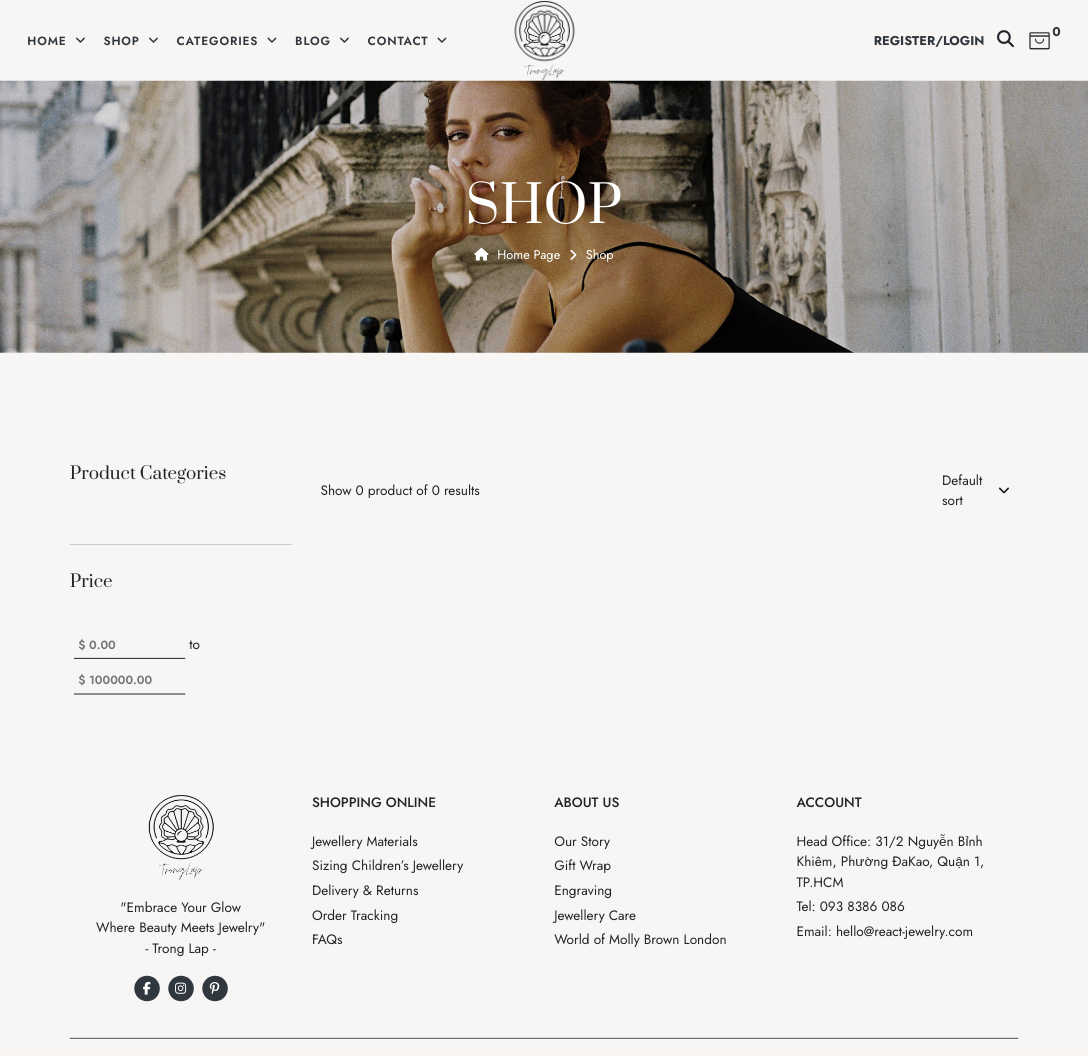
Repository: tronglap/react-jewelry
Page: /list-product
An editor plug-in stored every save of this project. The page is shown before and after a run of saves, followed by the edit.
The browser window is 1280 px wide. The pictures show the whole page, at 85% of full size.
The page's requests for data from a server got no answer. The project was rebuilt for these pictures with package versions that can differ from the ones it lists, and the page was loaded fresh each time. No one was signed in, and anything a server would have sent is missing. Also part of the build but not shown: src/component/Button/Button.css, src/component/Button/Button.js, src/component/SliderBar/SliderBar.css, src/component/SliderBar/SliderBar.js, src/component/Home/WWD/WWD.css, src/component/Home/WWD/WWD.js, src/component/Home/Home.css, src/component/Home/Categories/Categories.js and 14 more.

Above is the page before, as saved 2024-03-26 18:50:26.

After the next 2 saves:
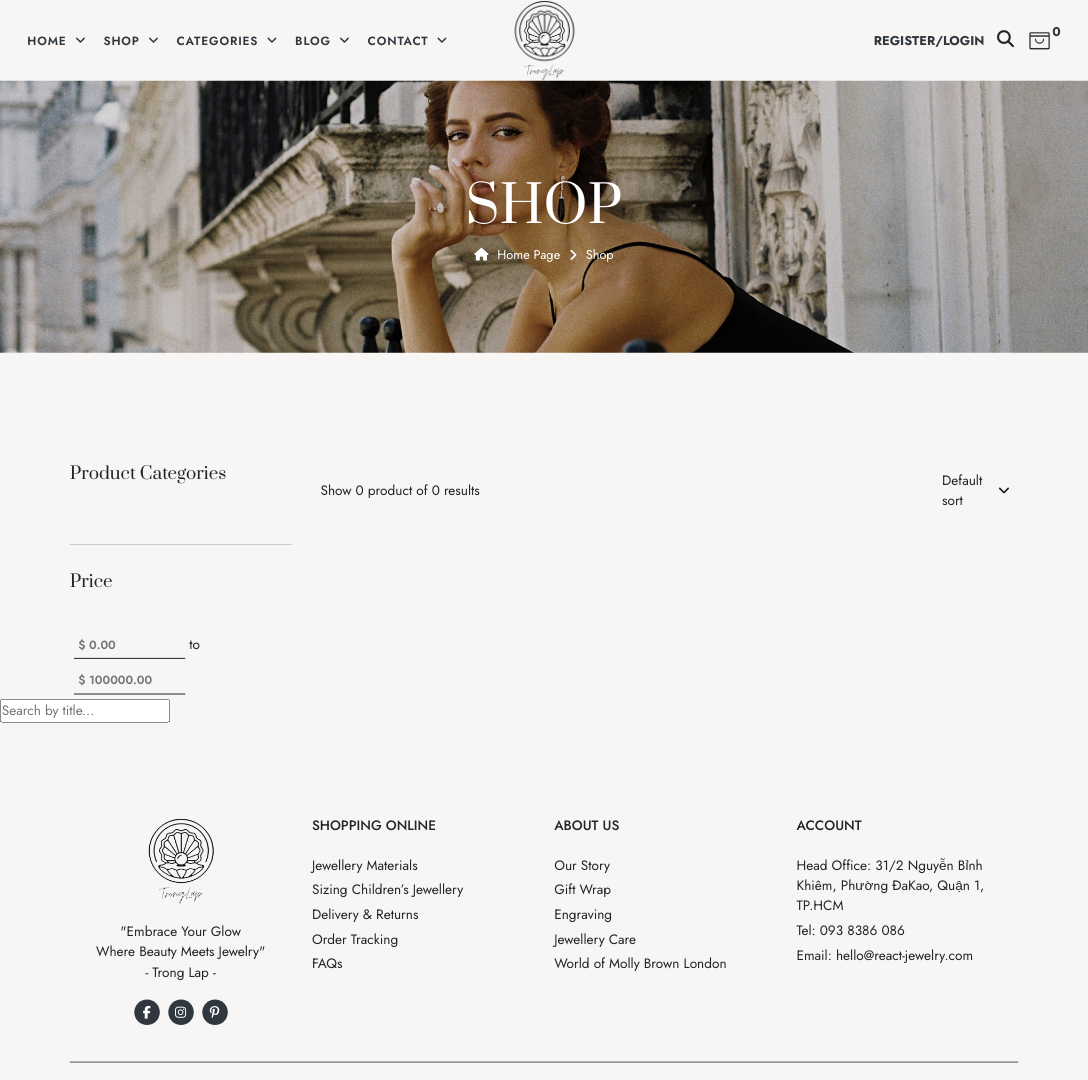
The 2 saves are shown as one change because 1 did not build or start.
The last was saved 116 s later.
--- a/src/component/ListProduct/ListProduct.js
+++ b/src/component/ListProduct/ListProduct.js
@@ -13,6 +13,8 @@
   const categories = UseFetch(
     "https://65f3b3d2105614e654a0e686.mockapi.io/Categories"
   );
+
+  const [filterKeyword, setFilterKeyword] = useState("");
 
   const [productFilter, setProductFilter] = useState([]);
   const [categoryCounts, setCategoryCounts] = useState({});
@@ -164,6 +166,12 @@
           </Row>
         </Container>
       </div>
+      <input
+        type="text"
+        placeholder="Search by title..."
+        value={filterKeyword}
+        onChange={(e) => setFilterKeyword(e.target.value)}
+      />
     </div>
   );
 };

After the 5 saves that followed:
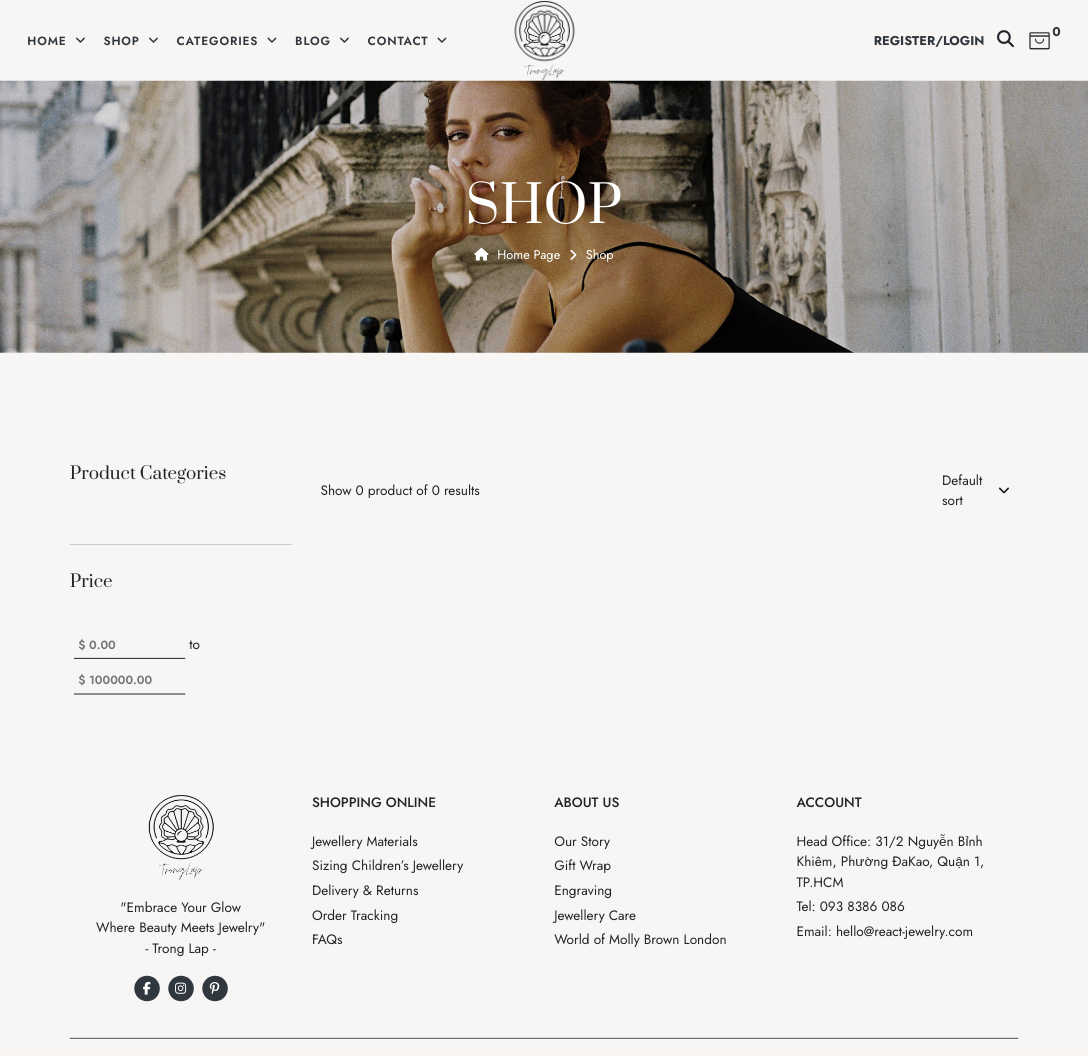
The 5 saves are shown as one change because 2 did not build or start and 1 left the picture as it was and some came seconds apart.
The last was saved 55 s later.
--- a/src/component/ListProduct/ListProduct.js
+++ b/src/component/ListProduct/ListProduct.js
@@ -15,6 +15,12 @@
   );
 
   const [filterKeyword, setFilterKeyword] = useState("");
+  useEffect(() => {
+    const filteredProducts = products.filter((product) => {
+      return product.name.toLowerCase().includes(filterKeyword.toLowerCase());
+    });
+    setProductFilter(filteredProducts);
+  }, [filterKeyword, products]);
 
   const [productFilter, setProductFilter] = useState([]);
   const [categoryCounts, setCategoryCounts] = useState({});
@@ -166,12 +172,6 @@
           </Row>
         </Container>
       </div>
-      <input
-        type="text"
-        placeholder="Search by title..."
-        value={filterKeyword}
-        onChange={(e) => setFilterKeyword(e.target.value)}
-      />
     </div>
   );
 };
